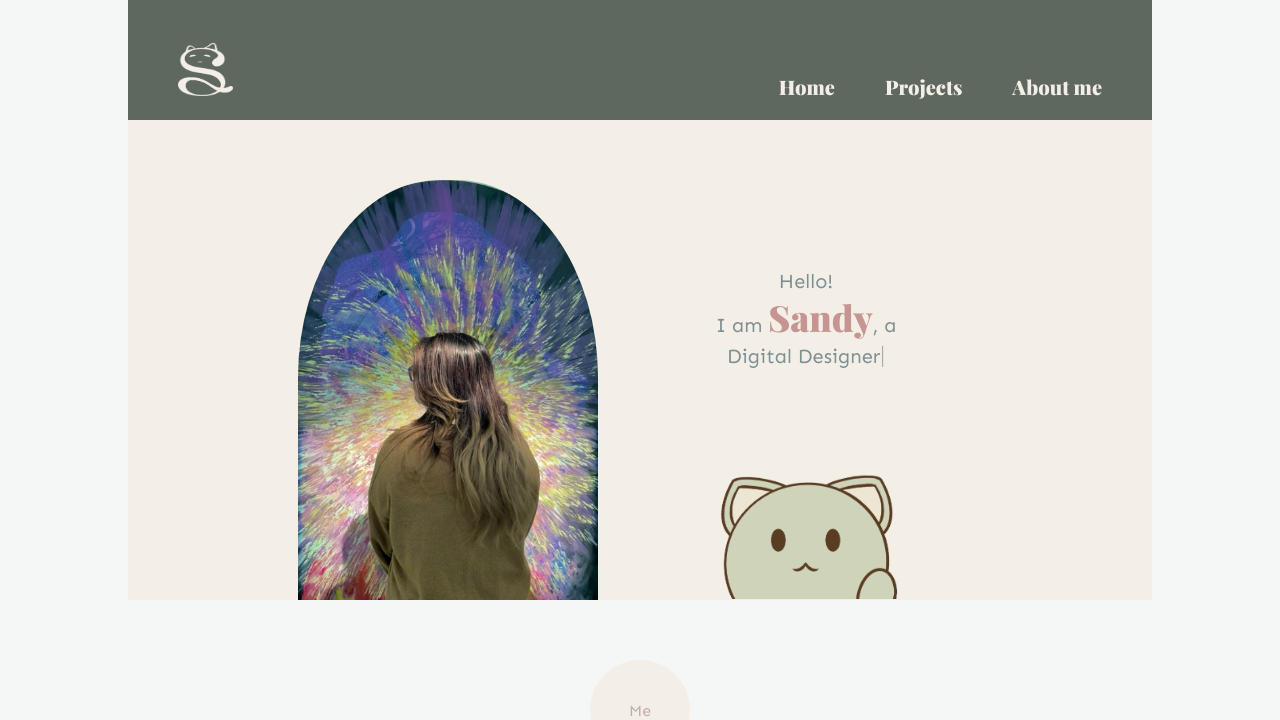
Repository: SandyLy453/portfolio
Page: /
An editor plug-in stored every save of this project. The page is shown before and after the next save, followed by the edit.
The browser window is 1280 px wide. The pictures show the whole page.
An inner scrolling area shows only its first screen. The project was rebuilt for these pictures with package versions that can differ from the ones it lists, and the page was loaded fresh each time. The framework's server and built-in components were replaced by stand-ins that run in the browser. Also part of the build but not shown: next.config.mjs, modules/Footer/Footer.module.css, modules/Footer/Footer.js, modules/ProjectCard/ProjectCard.module.css, modules/ProjectCard/Projectcard.js.

Above is the page before, as saved 2025-02-17 17:26:37.

### pages/_app.js
import { useEffect } from "react";
import { useRouter } from "next/router";
import { Playfair_Display, Sen } from 'next/font/google';
import '../styles/globals.css';

const playfairDisplay = Playfair_Display({
  weight: ['400', '900'],
  style: ['normal', 'italic'],
  subsets: ['latin'],
});

const sen = Sen({
  weight: ['400', '700', '800'],
  subsets: ['latin'],
});

export default function App({ Component, pageProps }) {

  const router = useRouter();

  useEffect(() => {
    const handleRouteChangeComplete = (url) => {
        if (url.startsWith("/projects")) {
            window.location.reload();
        } else if (url.startsWith("/project")) {
          window.location.reload();
        }
    };

    router.events.on("routeChangeComplete", handleRouteChangeComplete);

    return () => {
        router.events.off("routeChangeComplete", handleRouteChangeComplete);
    };
}, [router]);


  return (
    <main className={`${playfairDisplay.className} ${sen.className}`}>
      <Component {...pageProps} />
    </main>
  )
}

### pages/_document.js
import { Html, Head, Main, NextScript } from "next/document";


export default function Document() {
  return (
    <Html lang="en">
      <Head>
        <title>San San's Tea Room</title>
        <link rel="icon" href="/favicon.ico" />

        <link rel="preconnect" href="https://fonts.googleapis.com" />
        <link rel="preconnect" href="https://fonts.gstatic.com" crossorigin="anonymous" />
        <link
          href="https://fonts.googleapis.com/css2?family=Playfair+Display:wght@400;900&family=Sen:wght@400;700;800&display=swap"
          rel="stylesheet"
        />
      </Head>
      <body>
        <Main />
        <NextScript />
      </body>
    </Html>
  );
}

### pages/index.js
import Image from "next/image";
import Link from "next/link";
import styles from "@/styles/Home.module.css";
import { useState, useEffect } from "react";
import Header from "@/modules/Header/Header";
import Footer from "@/modules/Footer/Footer";
import ProjectCard from "@/modules/ProjectCard/Projectcard";
import ShowCase from "@/modules/ShowCase/ShowCase";

export default function Home() {

  const projects = [
    {
      photos: ["/aether-cover.png"],
      alt: "Aether cover",
      title: "Aether",
      description: "Case Study - A AI-powered form-filling app",
      date: "September 2024 - December 2024",
      link: "/projects/Aether",
    },
    {
      photos: ["/post1.png", "/post2.png", "/post3.png"],
      alt: "Poster slides show",
      title: "Poster design",
      description:
        "Product design - Series of posters based on the anime/ manga Detective Conan.",
      date: "December 2024",
      link: "/projects/Poster",
    },
    {
      photos: ["/can1.png", "/can2.png", "/can3.png"],
      alt: "Can design slide show",
      title: "DiLo Tea Can",
      description: "Product design - Tea Can",
      date: "November 2024",
      link: "/projects/CanDesign",
    },
    {
      photos: ["/mockup2.png"],
      alt: "Magazine cover",
      title: "Magazine",
      description: "Magazine design - An architectural magazine",
      date: "November 2024",
      link: "/projects/Magazine",
    },
    {
      photos: ["/clotho.png"],
      alt: "Clotho app",
      title: "Clotho",
      description: "Clotho - A closet organize app",
      date: "March 2024 - May 2024",
      link: "/projects/Clotho",
    },
    {
      photos: ["/cam.png"],
      alt: "Camera vector graphic",
      title: "Mechanical Object Vector Graphic",
      description: "Using vector to draw mechanical objects",
      date: "December 2023",
      link: "/projects/MechanicalObject",
    },
  ];

  const [visibleProjects, setVisibleProjects] = useState(6);

  const roles = ["UX/UI Designer", "Digital Designer", "Web Developer"];
  const [text, setText] = useState("");
  const [index, setIndex] = useState(0);
  const [charIndex, setCharIndex] = useState(0);
  const [deleting, setDeleting] = useState(false);

  useEffect(() => {
    const currentRole = roles[index];

    let timeout;

    if (deleting) {
      timeout = setTimeout(() => {
        setText(currentRole.substring(0, charIndex - 1));
        setCharIndex((prev) => prev - 1);
      }, 50);
    } else {
      timeout = setTimeout(() => {
        setText(currentRole.substring(0, charIndex + 1));
        setCharIndex((prev) => prev + 1);
      }, 100);
    }

    if (!deleting && charIndex === currentRole.length) {
      setTimeout(() => setDeleting(true), 1000);
    } else if (deleting && charIndex === 0) {
      setDeleting(false);
      setIndex((prevIndex) => (prevIndex + 1) % roles.length);
    }

    return () => clearTimeout(timeout);
  }, [charIndex, deleting, index, roles]);

  return (
    <>
      <Header/>

      <main className={styles.main}>
        <div className={styles.top}>
          <div className={styles.image}>
            <Image src={'/cover.jpeg'} alt="cover photo" className={styles.coverPhoto} width={300} height={420} />
          </div>

          <div className={styles.info}>
            <p className={styles.role}>Hello!</p>
            <p className={styles.role}>I am <span className={styles.name}>Sandy</span>, a</p>
            <p className={styles.role}>
              {text}
              <span className={styles.cursor}>|</span>
            </p>
            <Image src={'/hi.GIF'} alt="greeting gif" className={styles.gif} width={294} height={129} />
          </div>
        </div>

        <ShowCase/>

        <div className={styles.sectionBreaker}>
          <span> Let's connect! </span>
        </div>

        <div className={styles.connect}>
          <Link
            className={styles.link}
            href={"mailto:sandy.lyth453@gmail.com"}
            target="_blank"
          >
            <p className={styles.connectInfo}>Email</p>
          </Link>
          <Link
            className={styles.link}
            href={"https://www.instagram.com/sansan_lyth?igsh=MThxOTR1ZTlyY3R1dw%3D%3D&utm_source=qr"}
            target="_blank"
          >
            <p className={styles.connectInfo}>Instagram</p>
          </Link>
          <Link
            className={styles.link}
            href={"https://www.linkedin.com/in/boisan-sandy-ly/"}
            target="_blank"
          >
            <p className={styles.connectInfo}>LinkedIn</p>
          </Link>
          <Link
            className={styles.link}
            href={"/Sandy_Ly_Resume.pdf"}
            target="_blank"
          >
            <p className={styles.connectInfo}>Resume</p>
          </Link>
        </div>
      </main>

      <footer className={styles.footer}>
        <p className={styles.copyright}>© Made by Sandy Ly • 2025</p>
      </footer>
    </>
  );
}

### styles/globals.css
:root {
  --mauveMorn: #ecd6d6;
  --mauveShadow: #B59BA6;
  --moss: #5E7975;
  --brightWhite: #f5f7f6;
  --white: #fff;

  --spaBlue: #D3DEDF;
  --forest: #5E685E;
  --midnight: #3D4D55;
  --stormCloud: #676767;
  --cream: #f4EFE6;
  --cloud: #FEFCF6;
}

html,
body {
  padding: 0;
  margin: 0;
  background-color: #f5f7f6;
  width: 100vw;
  height: 100vh;
  overflow-x: hidden;
  scroll-behavior: auto;

  font-family: "Playfair Display", serif;
  font-optical-sizing: auto;
  color: var(--stormCloud);
  cursor: url('/hehe.webp') 16 16, auto;
}

header {
  margin: 0;
  padding: 0;
  box-sizing: border-box;
}

* {
  margin: 0;
  padding: 0;
  box-sizing: border-box; /* Reset styles for all elements */
}

h1, h2, h3, h4, h5, span {
  font-family: "Playfair Display", serif;
}

a, button {
  cursor: url('/haha.webp') 16 16, pointer;
}

### styles/Home.module.css
.page {
  margin: 0;
  padding: 0;
}

.main {
  min-height: 100vh;
  width: 70vw;
  margin: auto;
  margin-top: 0;
  margin-top: 120px;
}

.top {
  width: 100%;
  min-height: 480px;
  background-color: var(--cream);
  align-items: center;
  display: flex;
  flex-direction: row;
  padding: 0;
  flex-wrap: wrap;
  justify-content: center;
}

.coverPhoto {
  border-radius: 47% 47% 0 0;
  margin: 0 6rem;
  position: relative;
  bottom: -30px;
}

.info {
  text-align: center;
  margin-top: 100px;
  width: 30vw;
}

.name {
  font-size: 54px;
  color: #C69491;
  font-weight: 600;
  font-family: "Playfair Display", serif;
}

.role {
  font-size: 44px;
  color: #7D9094;
  font-weight: 500;
}

.loca {
  font-size: 20px;
  color: #7D9094;
  padding-top: 10px;
}

.gif {
  position: relative;
  bottom: -36px;
}


.sectionBreaker {
  display: flex;
  align-items: center;
  justify-content: center;
  margin: 40px 0;
  position: relative;
}

.sectionBreaker::before,
.sectionBreaker::after {
  content: "";
  flex: 1;
  height: 2px;
  background: #d3d3d3;
  margin: 0;
}

.sectionBreaker span {
  color: #7D9094;
  margin: 0 10px;
  font-size: 20px;
  font-style: italic;
}

.pjSection {
  display: flex;
  flex-direction: row;
  flex-wrap: wrap;
  justify-content:space-between;
  align-items: flex-start;
  margin: 0 auto;
  margin-bottom: 50px;
  gap: 1rem;
  max-width: 1350px;
}

.connect {
  margin-bottom: 200px;
}

.link {
  text-decoration: none;
  color: var(--mauveShadow);
  width: 100%;
  font-weight: 500;
}

.link:hover {
  color: var(--forest);
  font-weight: 900;
}

.connectInfo {
  font-size: 54px;
  margin: 20px 0;
  font-family: "Playfair Display", serif;
  position: relative;
  display: inline-block;
  padding: 10px 20px;
  text-decoration: none;
  width: 100%;
  overflow: hidden;
  transition: color 0.3s ease-in-out, font-weight 0.3s ease-in-out;
  font-weight: 500;
}

/* Background gradient effect */
.connectInfo::before {
  content: "";
  position: absolute;
  top: 0;
  left: -100%;
  width: 100%;
  height: 100%;
  background: linear-gradient(to right, rgba(0, 0, 0, 0.1), rgba(0, 0, 0, 0.3));
  transition: left 0.4s ease-in-out;
  z-index: -1; /* Ensure background does not cover text */
}

/* Make background visible when hovering */
.connectInfo:hover::before,
.connectInfo:active::before {
  left: 0;
}

/* Text color and weight on hover */
.connectInfo:hover {
  color: var(--forest); /* Hover text color */
  font-weight: 900;
}

/* Arrow effect */
.connectInfo::after {
  content: " →";
  opacity: 0;
  position: absolute;
  right: 10px;
  top: 50%;
  transform: translateY(-50%);
  transition: opacity 0.3s ease-in-out, transform 0.3s ease-in-out;
  color: var(--forest); /* Match hover color */
}

/* Show arrow and move slightly right when hovering */
.connectInfo:hover::after,
.connectInfo:active::after {
  opacity: 1;
  transform: translate(8px, -50%);
}


.footer {
  margin-bottom: 20px;
}

.copyright {
  text-align: center;
  font-style: italic;
  color: var(--forest);
  width: 100%;
}





@media screen and (max-width: 1460px) {
  .pjSection {
    gap: 20px;
  }

  .main {
    width: 80vw;
  }

  .coverPhoto {
    margin: 0 1rem;
    bottom: -32px;
  }

  .info {
    margin-top: 50px;
  }

  .gif {
    bottom: -6.4rem;
  }

  .name {
    font-size: 36px;
  }

  .role {
    font-size: 20px;
  }

  .loca {
    font-size: 18px;
  }

  .pjSection {
    gap: 15px;
    justify-content: center;
  }
}



@media screen and (max-width: 768px) {
  .main {
    width: 100vw;
  }

  .coverPhoto {
    margin: 0 auto;
    bottom: -20px;
    width: 70vw;
    height: auto;
  }

  .info {
    margin-top: 50px;
    width: 90vw;
  }

  .name {
    font-size: 36px;
  }

  .role {
    font-size: 20px;
  }

  .loca {
    font-size: 18px;
  }

  .pjSection {
    gap: 15px;
    justify-content: center;
  }

  .gif {
    position: relative;
    bottom: -4px;
    margin-top: 10px;
  }
}

### modules/Header/Header.js
import Image from "next/image";
import Link from "next/link";
import styles from './Header.module.css';
import { useState, useRef } from "react";

export default function Header() {
    const audioRef = useRef(null);
    const [menuOpen, setMenuOpen] = useState(false);

    const playSound = () => {
        if (audioRef.current) {
            audioRef.current.currentTime = 0;
            audioRef.current.play().catch(error => console.log("Audio playback error:", error));
        }
    };

    return (
        <header className={`${styles.header} ${menuOpen ? styles.headerExpanded : ""}`}>
            {/* Logo */}
            <div className={styles.logoBox}>
                <Link href={'/'}>
                    <Image
                        src={'/logo.png'}
                        alt="logo"
                        className={styles.logo}
                        width={55}
                        height={53}
                        onMouseEnter={playSound}
                    />
                </Link>
            </div>

            <button className={styles.hamburger} onClick={() => setMenuOpen(!menuOpen)}>
                <Image
                    src={menuOpen ? "/menuOpen.png" : "/menuIcon.png"}
                    alt="Menu Toggle"
                    width={30}
                    height={21}
                />
            </button>

            <nav className={`${styles.menu} ${menuOpen ? styles.menuExpanded : ""}`}>
                <p className={styles.menuOption}><Link href={'/'} className={styles.link}>Home</Link></p>
                <p className={styles.menuOption}><Link href={'/project'} className={styles.link}>Projects</Link></p>
                <p className={styles.menuOption}><Link href={'/about'} className={styles.link}>About me</Link></p>
            </nav>

            <audio ref={audioRef} src="/cat.wav" preload="auto"></audio>
        </header>
    );
}

### modules/ShowCase/ShowCase.js
import Image from "next/image";
import { useState, useEffect, useRef } from "react";
import styles from './ShowCase.module.css';
import Link from "next/link";

export default function ShowCase() {
    const tags = ["Me", "UX/UI", "Graphic"];
    const images = {
        "Me": "/me.png",
        "UX/UI": "/uxui.png",
        "Graphic": "/3can.png",
    };
    const bigText = ["Sandy", "App Design", "Graphic Design"];
    const smallText = [
        "",
        "",
        ""
    ];
    const linkPath = ["/about", "/project", "/project"];
    const linkText = ["About Me →", "See More Project →", "See More Project →"];

    const [activeIndex, setActiveIndex] = useState(0);
    const [isFading, setIsFading] = useState(false);
    const [isPaused, setIsPaused] = useState(false);
    const intervalRef = useRef(null);

    const startLoop = () => {
        clearInterval(intervalRef.current);
        intervalRef.current = setInterval(() => {
            setIsFading(true);
            setTimeout(() => {
                setActiveIndex((prevIndex) => (prevIndex + 1) % tags.length);
                setIsFading(false);
            }, 500);
        }, 4000);
    };

    useEffect(() => {
        if (!isPaused) startLoop();
        return () => clearInterval(intervalRef.current);
    }, [isPaused]);

    const handlePause = (index) => {
        clearInterval(intervalRef.current);
        setIsPaused(true);
        setActiveIndex(index);
        setIsFading(false);
    };

    const handleResume = () => {
        setIsPaused(false);
    };

    return (
        <div className={styles.container}>
            <div className={styles.tagBox}>
                {tags.map((tag, index) => (
                    <div
                        key={tag}
                        className={`${styles.tag} ${activeIndex === index ? styles.active : ""}`}
                        onMouseEnter={() => handlePause(index)}
                        onMouseLeave={handleResume}
                        onTouchStart={() => handlePause(index)}
                        onTouchEnd={handleResume}
                    >
                        <p>{tag}</p>
                    </div>
                ))}
            </div>

            <div className={styles.right}>
                <div className={styles.photoBox}>
                    <Image
                        key={tags[activeIndex]}
                        src={images[tags[activeIndex]]}
                        alt={tags[activeIndex]}
                        width={600}
                        height={460}
                        className={`${styles.photo} ${isFading ? styles.fadeOut : styles.fadeIn}`}
                    />

                    <div className={styles.gradient}></div>
                    <div className={styles.text}>
                        <p className={styles.big}>{bigText[activeIndex]}</p>
                        <p className={styles.small}>{smallText[activeIndex]}</p>
                        <Link href={linkPath[activeIndex]} className={styles.littleLink}>
                            {linkText[activeIndex]}
                        </Link>
                    </div>
                </div>

                {/* <div className={styles.loadMoreContainer}>
                    <Link href="/project" passHref>
                        <button className={styles.loadMoreButton}>
                            More Projects
                        </button>
                    </Link>
                </div> */}
            </div>
        </div>
    );
}

### modules/Header/Header.module.css
.header {
    margin: 0 auto;
    width: 70vw;
    height: 120px;
    background-color: var(--forest);
    padding: 20px 50px;
    display: flex;
    flex-direction: row;
    justify-content: space-between;
    align-items: flex-end;
    position: fixed;
    right: 15vw;
    top: 0;
    z-index: 999;
    transition: height 0.3s ease-in-out;
}

.headerExpanded {
    min-height: 250px;
}

.menu {
    display: flex;
    flex-direction: row;
    gap: 50px;
    opacity: 1;
    transition: opacity 0.3s ease-in-out;
}

.menuExpanded {
    display: flex;
    flex-direction: column;
    align-items: flex-end;
    gap: 10px;
    width: 100%;
}


.menuOption {
    font-size: 20px;
    font-weight: 600;
}

.link {
    text-decoration: none;
    color: var(--cream);
    font-family: "Playfair Display", serif;
}

.link:hover {
    color: var(--midnight);
}

.hamburger {
    display: none;
    background: none;
    border: none;
    cursor: pointer;
}


@media screen and (max-width: 1460px) {
    .header {
        width: 80vw;
        right: 10vw;
    }
}

@media screen and (max-width: 768px) {
    .header {
        width: 100vw;
        min-height: 100px;
        right: 0;
        display: flex;
        flex-direction: row;
        align-items: center;
        justify-content: space-between;
        height: auto;
    }

    .hamburger {
        display: block;
        position: absolute;
        right: 20px;
        top: 40px;
        z-index: 10;
    }

    .logo {
        display: block;
        position: absolute;
        left: 20px;
        top: 20px;
        z-index: 10;
    }

    .menu {
        display: none;
        flex-direction: column;
        align-items: center;
        width: 100%;
        opacity: 0;
        transform: scaleY(0);
        transition: transform 0.3s ease-in-out, opacity 0.3s ease-in-out;
    }

    .menuExpanded {
        display: flex;
        opacity: 1;
        transform: scaleY(1);
    }

}

### modules/ShowCase/ShowCase.module.css
.container {
    margin: auto;
    margin-top: 50px;
    display: flex;
    flex-direction: row;
    justify-content: center;
    align-items: center;
    gap: 30px;
}

.tagBox {
    display: flex;
    justify-content: center;
    align-items: center;
    flex-direction: column;
}

.tag, .active {
    width: 100px;
    height: 100px;
    background-color: var(--cream);
    border-radius: 50%;
    display: flex;
    justify-content: center;
    align-items: center;
    margin: 10px;
    cursor: url('/haha.webp') 16 16, pointer;
    transition: background-color 0.3s ease-in-out, transform 0.2s ease-in-out;
}

.tag:hover, .active {
    background-color: var(--forest);
    transform: scale(1.05);
}

.tag p, .active p {
    color: var(--mauveShadow);
    opacity: 80%;
}

.tag:hover p, .active p {
    color: var(--mauveMorn);
    opacity: 100%;
}

.photoBox {
    width: 50vw;
    max-width: 1000px;
    aspect-ratio: 20 / 11;
    position: relative;
    display: flex;
    align-items: center;
    justify-content: center;
    overflow: hidden;
}

.photo {
    width: 100%;
    height: 100%;
    border-radius: 20px;
    object-fit: cover;
    position: absolute;
    transition: opacity 0.5s ease-in-out;
}

.fadeIn {
    opacity: 1;
}

.fadeOut {
    opacity: 0;
}

.loadMoreContainer {
    margin-top: 20px;
    display: flex;
    flex-direction: column;
    justify-content: flex-end;
    align-items: flex-end;
  }

  .loadMoreButton {
    height: 40px;
    width: 150px;
    background-color: var(--cream);
    color: var(--forest);
    border: 1px solid var(--forest);
    font-size: 18px;
    align-items: center;
    border-radius: 10px;
    margin-bottom: 50px;
  }

  .loadMoreButton:hover {
    background-color: var(--forest);
    color: var(--cream);
  }

  .gradient {
    position: absolute;
    top: 0;
    left: 0;
    width: 100%;
    height: 100%;
    background: linear-gradient(360deg, rgba(2,0,36,1) 0%, rgba(255,255,255,0) 55%);
    z-index: 2;
    pointer-events: none;
    border-radius: 20px;
}

.text {
    position: absolute;
    bottom: 0;
    right: 0;
    width: 100%;
    padding: 20px;
    color: white;
    z-index: 3;
    width: 50vw;
    max-width: 1000px;
    text-align: right;
}

.littleLink {
    text-decoration: underline;
    color: white;
    font-style: italic;
    margin: 20px 0;
}

.big {
    font-family: "Playfair Display", serif;
    font-size: 18px;
    margin: 15px 0;
    font-weight: 700;
}

.small {
    font-size: 15px;
    margin: 15px 0;
}

@media screen and (max-width: 1460px) {
    .container {
        flex-direction: column;
    }
}

@media screen and (max-width: 768px) {
    .container {
        flex-direction: column;
    }
}

After the next save:
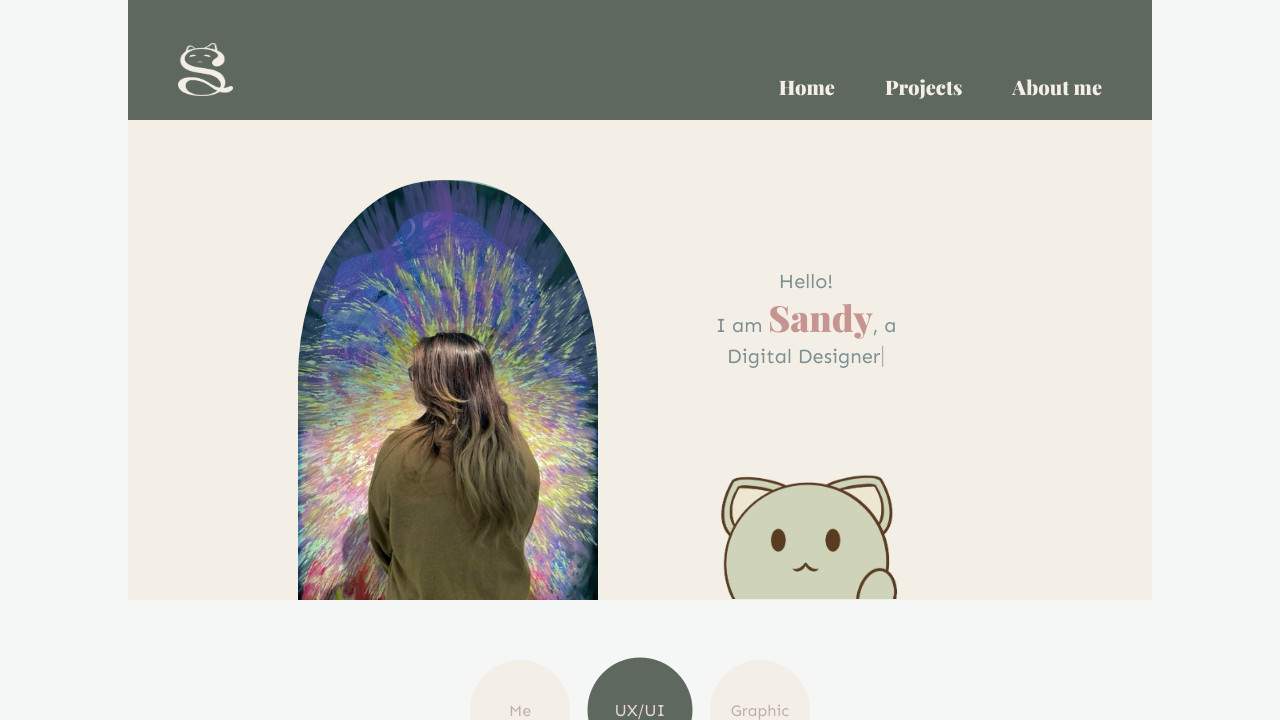
Saved 28 s later.
--- a/modules/ShowCase/ShowCase.module.css
+++ b/modules/ShowCase/ShowCase.module.css
@@ -144,6 +144,9 @@
     .container {
         flex-direction: column;
     }
+    .tagBox {
+        flex-direction: row;
+    }
 }
 
 @media screen and (max-width: 768px) {
